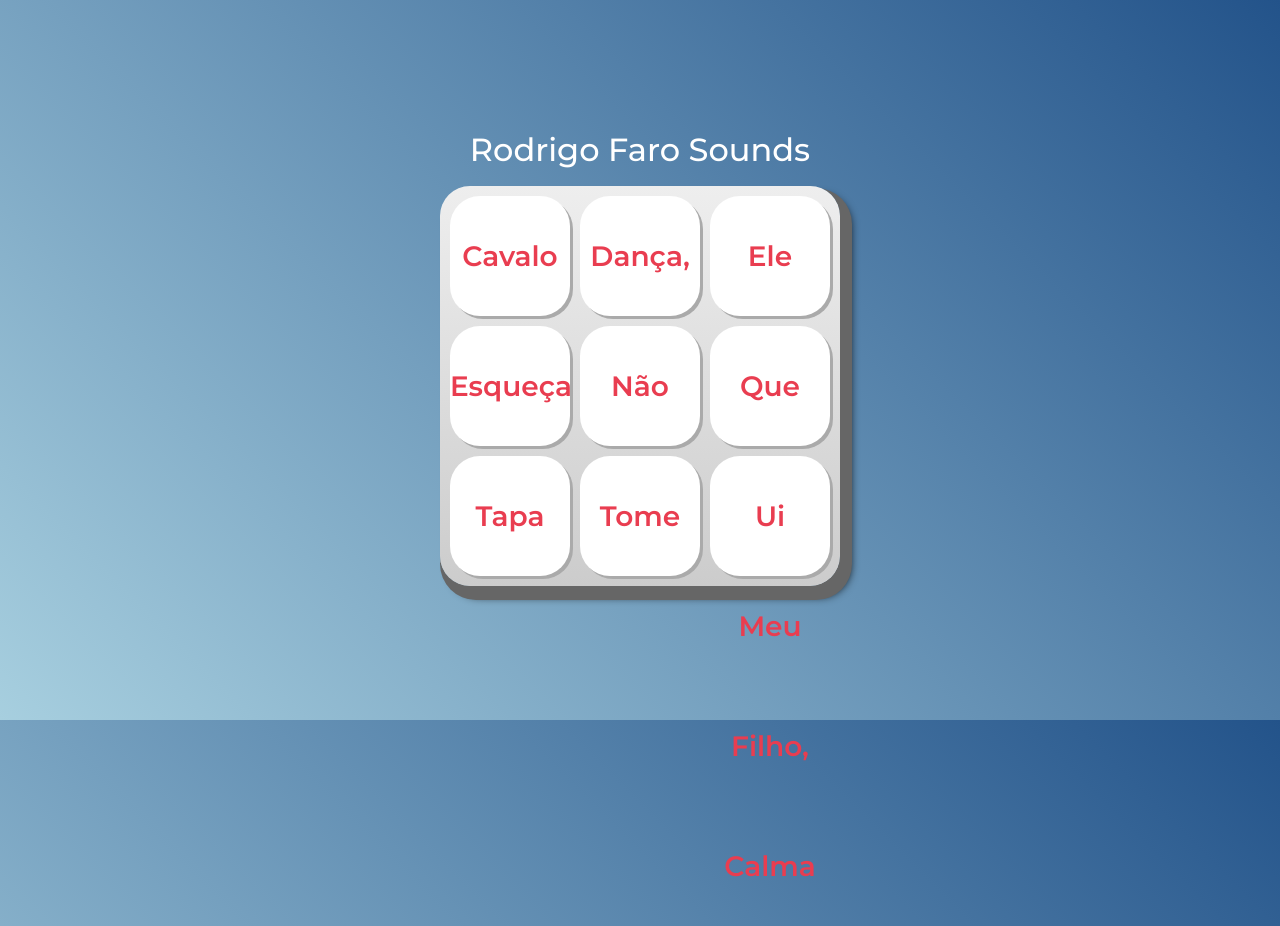
Repository: barbara-teresa-toledo/rodrigo-faro-sounds
Page: index.html
These files come from the project's save history. The page is drawn as it stood at one moment and after the next save; the edit follows.
The browser window is 1280 px wide. The pictures show the whole page.

Above is the page before, as saved 2022-08-02 16:06:58.

After the next save:
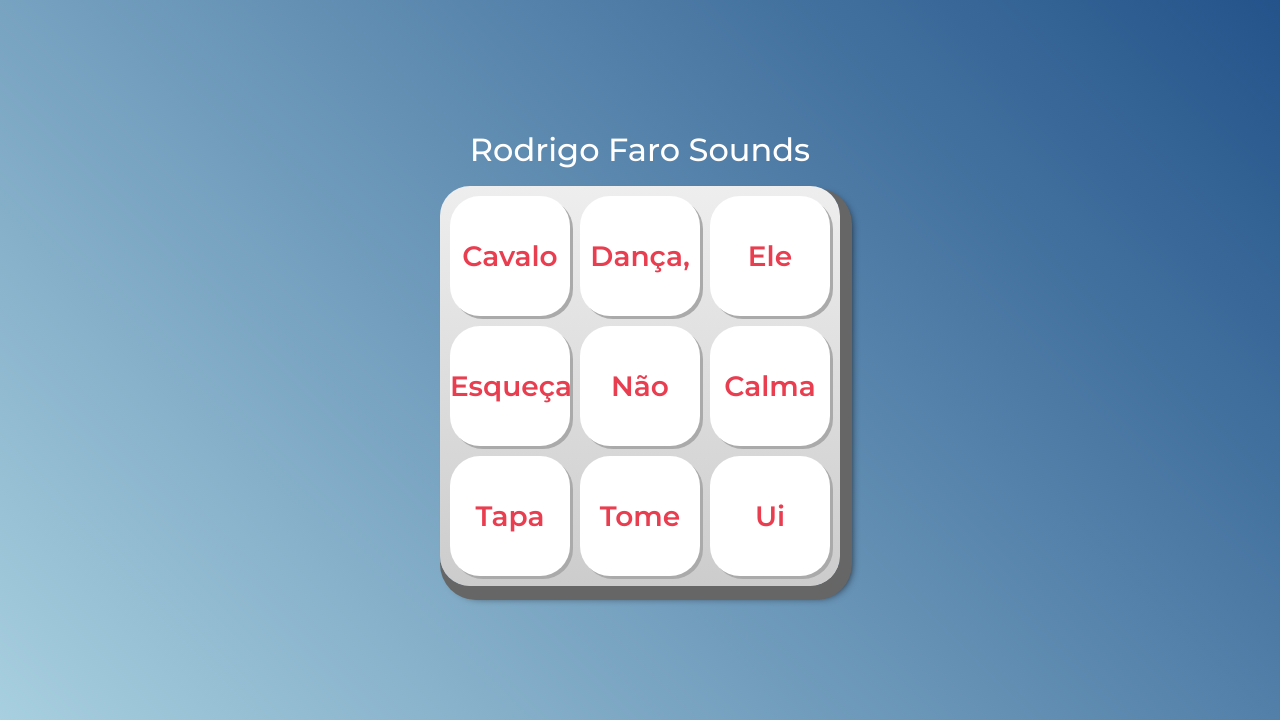
Saved 79 s later.
--- a/index.html
+++ b/index.html
@@ -23,11 +23,11 @@
     <section class="teclado">
         <button class="tecla cavalo">Cavalo</button>
         <button class="tecla danca">Dança, Gatinho, Dança</button>
-        <button class="tecla ele_gosta">Ele Gosta</button>
+        <button class="tecla gosta">Ele Gosta</button>
 
-        <button class="tecla esqueca_tudo">Esqueça Tudo</button>
+        <button class="tecla esqueca">Esqueça Tudo</button>
         <button class="tecla nao">Não</button>
-        <button class="tecla que_isso">Que Isso Meu Filho, Calma</button>
+        <button class="tecla calma">Calma</button>
 
         <button class="tecla tapa">Tapa</button>
         <button class="tecla tome">Tome</button>
@@ -36,10 +36,10 @@
 
     <audio src="sounds/cavalo.mp3" id="som_tecla_cavalo"></audio>
     <audio src="sounds/danca.mp3" id="som_tecla_danca"></audio>
-    <audio src="sounds/ele_gosta.mp3" id="som_tecla_ele_gosta"></audio>
-    <audio src="sounds/esqueca_tudo.mp3" id="som_tecla_esqueca_tudo"></audio>
+    <audio src="sounds/gosta.mp3" id="som_tecla_gosta"></audio>
+    <audio src="sounds/esqueca.mp3" id="som_tecla_esqueca_tudo"></audio>
     <audio src="sounds/nao.mp3" id="som_tecla_nao"></audio>
-    <audio src="sounds/que_isso.mp3" id="som_tecla_que_isso"></audio>
+    <audio src="sounds/calma.mp3" id="som_tecla_calma"></audio>
     <audio src="sounds/tapa.mp3" id="som_tecla_tapa"></audio>
     <audio src="sounds/tome.mp3" id="som_tecla_tome"></audio>
     <audio src="sounds/ui.mp3" id="som_tecla_ui"></audio>
